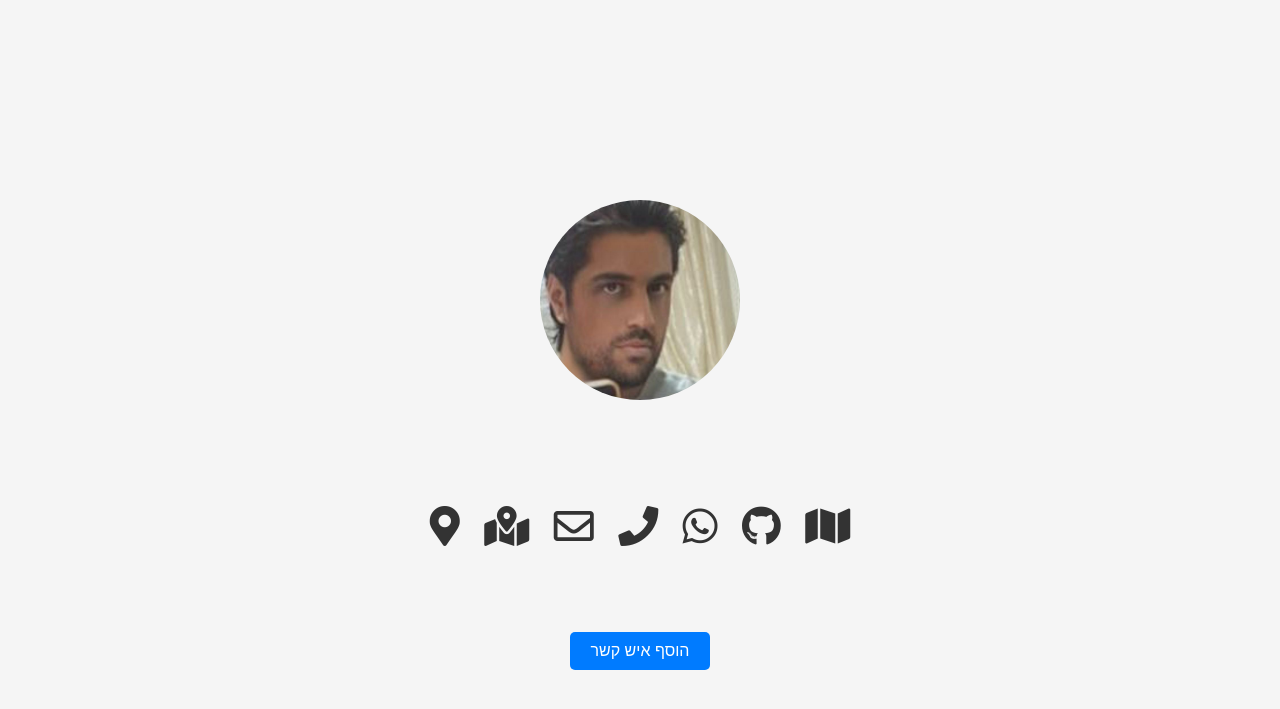
Repository: RL20/Business-Card
Page: index.html
The author's editor kept a copy of each file at every save. The page is drawn from the files as they stood at one save, then again after the next save.
The browser window is 1280 px wide. The pictures show the whole page.

Above is the page before, as saved 2024-05-15 03:34:20.

### index.html
<!DOCTYPE html>
<html lang="en">
  <head>
    <meta charset="UTF-8" />
    <meta name="viewport" content="width=device-width, initial-scale=1.0" />
    <title>Contact Information</title>
    <link rel="stylesheet" href="https://cdnjs.cloudflare.com/ajax/libs/font-awesome/5.15.4/css/all.min.css" />
    <style>
      body {
        font-family: Arial, sans-serif;
        margin: 0;
        padding: 0;
        background-color: #f5f5f5;
        display: flex;
        flex-direction: column;
        align-items: center;
        /* justify-content: center; */
        justify-content: space-between;
        min-height: 100vh;
      }
      .icons {
        text-align: center;
        margin-top: 20px;
      }
      .icons i {
        font-size: 2.5rem;
        margin: 0 10px;
        color: #333;
        transition: color 0.3s;
      }
      .icons i:hover {
        color: gold;
      }
      .button-container {
        text-align: center;
        margin-bottom: 50px;
      }
      .button {
        background-color: #007bff;
        color: #fff;
        border: none;
        padding: 10px 20px;
        border-radius: 5px;
        cursor: pointer;
        font-size: 1rem;
        transition: background-color 0.3s;
      }
      .button:hover {
        background-color: #0056b3;
      }
      .profile-img {
        margin-top: 200px;
        width: 200px;
        height: 200px;
        overflow: hidden;
        border-radius: 50%;
        display: flex;
        justify-content: center;
        align-items: center;
      }

      .profile-img img {
        width: 100%;
        height: 100%;
        object-fit: cover;
      }
    </style>
  </head>
  <body>
    <div class="profile-img">
      <img src="./RLS.png" alt="Profile Image" />
    </div>

    <div class="icons">
      <a href="https://www.waze.com/ul?q=חטיבת הנחל 16 חדרה" target="_blank"><i class="fas fa-map-marker-alt"></i></a>
      <a href="https://www.google.com/maps?q=חטיבת הנחל 16 חדרה" target="_blank"
        ><i class="fas fa-map-marked-alt"></i
      ></a>
      <a href="mailto:harel_shalom@yahoo.com"><i class="far fa-envelope"></i></a>
      <a href="tel:0526966833"><i class="fas fa-phone"></i></a>
      <a href="https://wa.me/972526966833" target="_blank"><i class="fab fa-whatsapp"></i></a>
      <a href="https://github.com/RL20" target="_blank"><i class="fab fa-github"></i></a>
      <a href="#" onclick="openNavigationApp(); return false;"><i class="fas fa-map"></i></a>
    </div>
    <div class="button-container">
      <button class="button" onclick="downloadVCard()">הוסף איש קשר</button>
    </div>

    <script>
      function openNavigationApp() {
        var app = prompt("באיזו אפליקציה תרצה לפתוח את הניווט?\n1. וויז\n2. גוגל מפות");
        var address = encodeURI("חטיבת הנחל 16 חדרה");
        if (app === "1") {
          window.location.href = "https://www.waze.com/ul?q=" + address;
        } else if (app === "2") {
          window.location.href = "https://www.google.com/maps?q=" + address;
        } else {
          alert("אנא בחר אפליקציה חוקית.");
        }
      }

      function downloadVCard() {
        var contactName = "_RLS_הראל שלום";
        var phoneNumber = "0526966833";
        var email = "harel_shalom@yahoo.com";
        var address = 'חטיבת הנח"ל 16, חדרה';
        var website = "https://rl20.github.io/Bussines-Card/";
        var title = "RLS פיתוח תוכנה";
        var photoURL = "https://raw.githubusercontent.com/RL20/Bussines-Card/main/RLS.png";

        var vCardData =
          "BEGIN:VCARD\n" +
          "VERSION:3.0\n" +
          "FN:" +
          contactName +
          "\n" +
          "TEL;TYPE=CELL:" +
          phoneNumber +
          "\n" +
          "EMAIL:" +
          email +
          "\n" +
          "ADR;TYPE=HOME:" +
          address +
          "\n" +
          "URL:" +
          website +
          "\n" +
          "TITLE:" +
          title +
          "\n" +
          "PHOTO;VALUE=URL:" +
          photoURL +
          "\n" +
          "END:VCARD";

        var blob = new Blob([vCardData], { type: "text/vcard" });
        var url = window.URL.createObjectURL(blob);
        var a = document.createElement("a");
        a.href = url;
        a.download = "contact.vcf";
        document.body.appendChild(a);
        a.click();
        document.body.removeChild(a);
      }
    </script>
  </body>
</html>

After the next save:
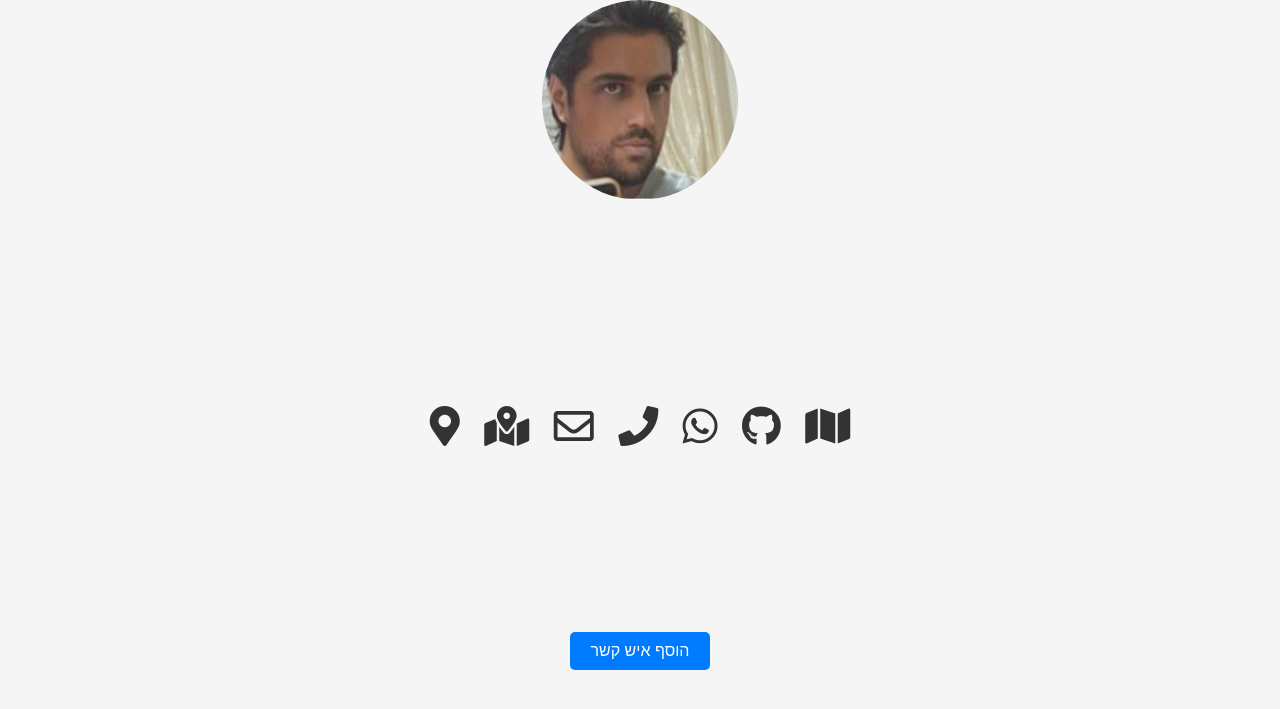
Saved 3 min 1 s later.
--- a/index.html
+++ b/index.html
@@ -49,7 +49,7 @@
         background-color: #0056b3;
       }
       .profile-img {
-        margin-top: 200px;
+        position: absolute
         width: 200px;
         height: 200px;
         overflow: hidden;
